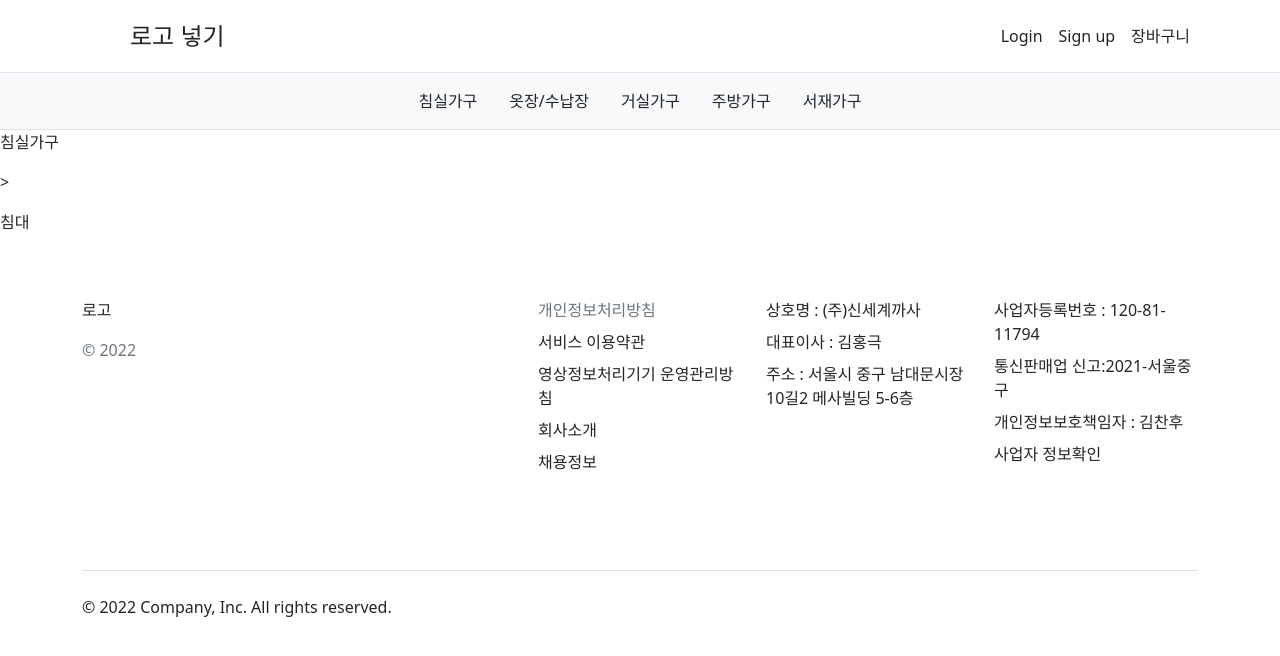
Repository: raoniee/Elice-House-Project
Page: FE/views/pages/main/item-list.html
These files come from the project's save history. The page is drawn as it stood at one moment and after the next save; the edit follows.
The browser window is 1280 px wide. The pictures show the whole page.

Above is the page before, as saved 2023-07-06 13:15:58.

After the next save:
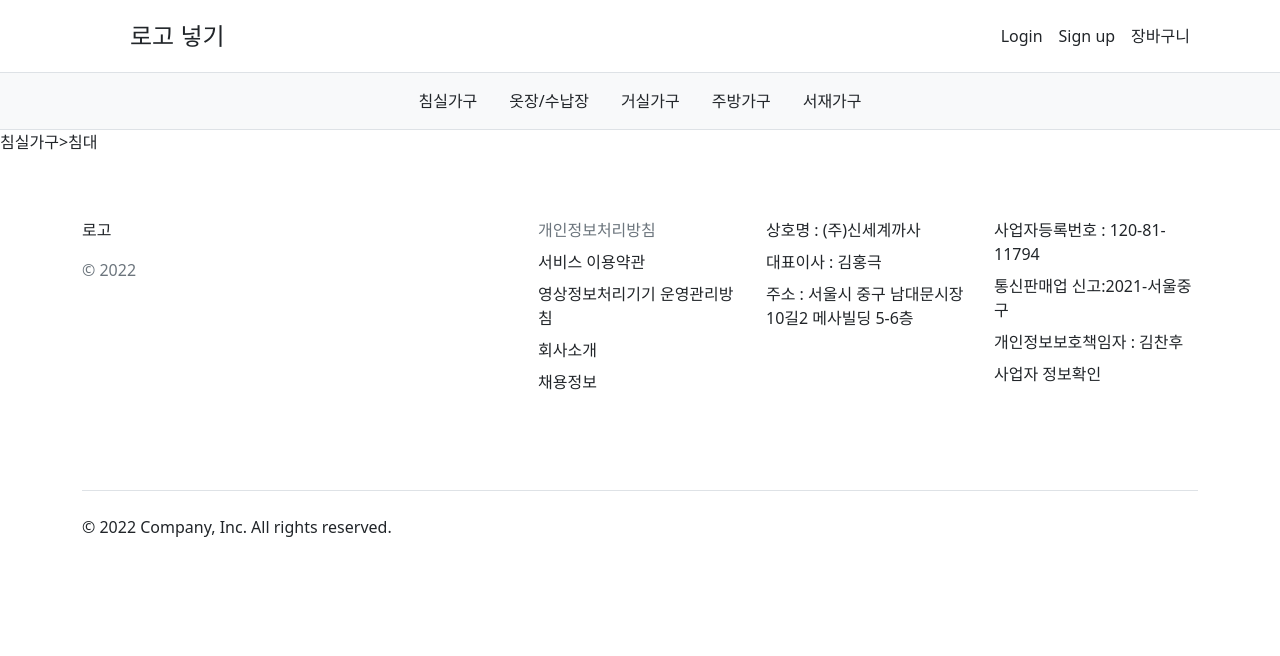
Saved 51 s later.
--- a/FE/views/pages/main/item-list.html
+++ b/FE/views/pages/main/item-list.html
@@ -29,7 +29,7 @@
     </header>
 
     <main>
-      <div class="menu_bar">
+      <div class="menu_bar d-flex">
         <p class="menu-depth1">침실가구</p>
         <p class="arrow">></p>
         <p class="menu-depth2">침대</p>
